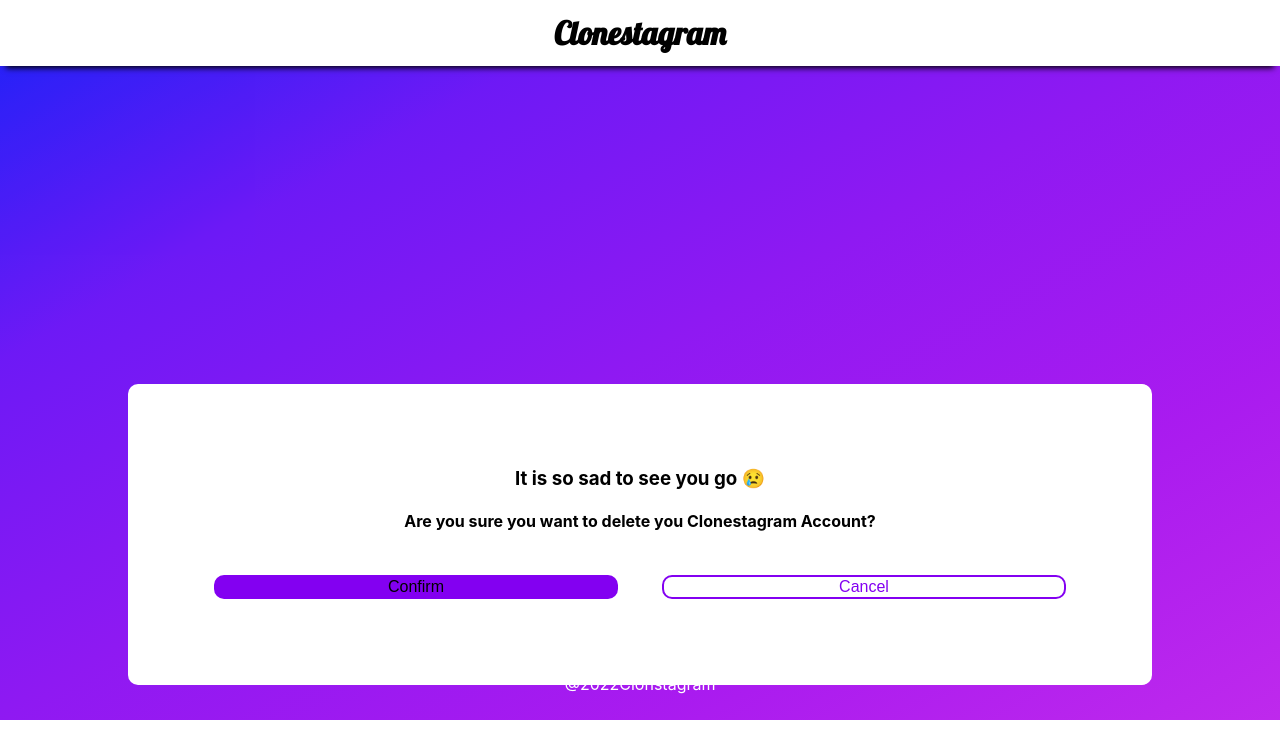
Repository: MikeMoore55/clonestagram
Page: /delaccount
The author's editor kept a copy of each file at every save. The page is drawn from the files as they stood at one save, then again after the next save.
The browser window is 1280 px wide. The pictures show the whole page.
The page's requests for data from a server got no answer. The project was rebuilt for these pictures with package versions that can differ from the ones it lists, and the page was loaded fresh each time. The framework's server and built-in components were replaced by stand-ins that run in the browser. No one was signed in, and anything a server would have sent is missing. Also part of the build but not shown: next.config.js.

Above is the page before, as saved 2022-11-24 09:05:45.

After the next save:
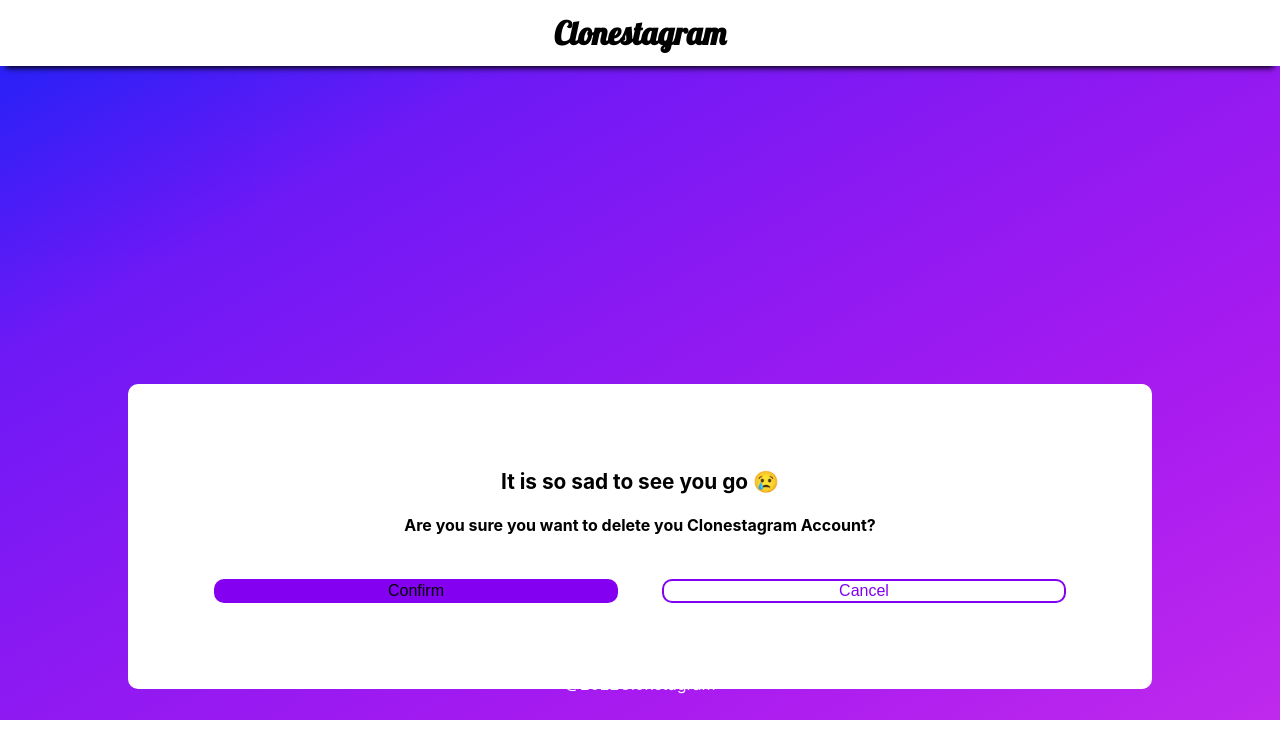
Saved 101 s later.
--- a/styles/DelAccount.module.css
+++ b/styles/DelAccount.module.css
@@ -12,6 +12,11 @@
     background-color: white;
     border-radius: 10px;
     padding: 5% 5% 5% 5%;
+}
+
+.heading1 {
+    position: relative;
+    font-size: 1.3em;
 }
 
 .btnContainer {
